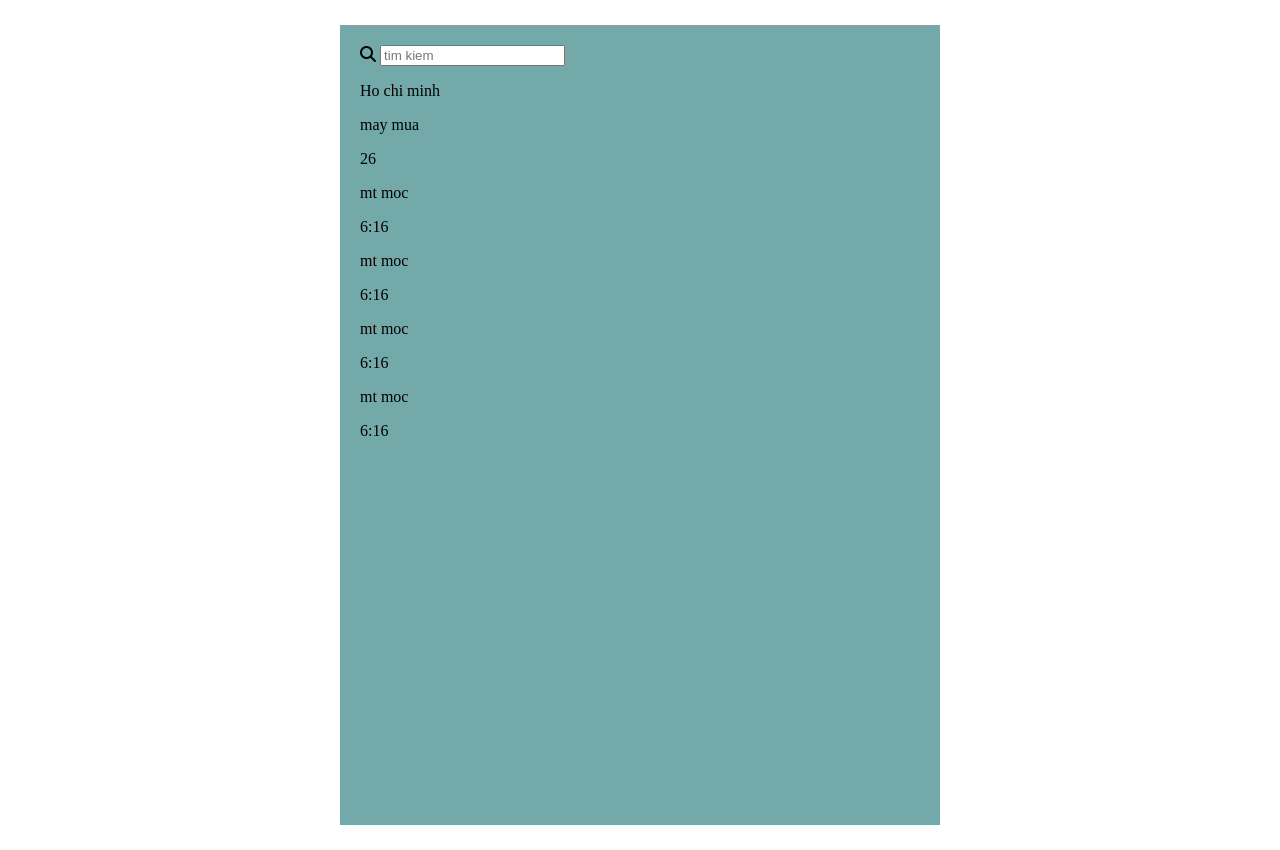
Repository: tienbkvn0605/weatherApp
Page: index.html
An editor plug-in stored every save of this project. The page is shown before and after the next save, followed by the edit.
The browser window is 1280 px wide. The pictures show the whole page.

Above is the page before, as saved 2022-10-05 16:44:20.

### index.html
<!DOCTYPE html>
<html lang="en">
  <head>
    <meta charset="UTF-8" />
    <meta http-equiv="X-UA-Compatible" content="IE=edge" />
    <meta name="viewport" content="width=device-width, initial-scale=1.0" />
    <link
      rel="stylesheet"
      href="https://cdnjs.cloudflare.com/ajax/libs/font-awesome/6.2.0/css/all.min.css"
      integrity="sha512-xh6O/CkQoPOWDdYTDqeRdPCVd1SpvCA9XXcUnZS2FmJNp1coAFzvtCN9BmamE+4aHK8yyUHUSCcJHgXloTyT2A=="
      crossorigin="anonymous"
      referrerpolicy="no-referrer"
    />
    <link rel="stylesheet" href="appstyle.css" />
    <title>Get Weather</title>
  </head>
  <body>
    <div class="container">
      <div class="main-section">
        <div class="search-bar">
          <i class="fa fa-search" aria-hidden="true"></i>
          <input type="text" placeholder="tim kiem" class="search-input" />
        </div>
        <p class="name-city">Ho chi minh</p>
        <p class="desc">may mua</p>
        <div class="status-icon"></div>
        <p class="template">26</p>
      </div>
      <div class="additional-section">
        <div class="colum">
          <div class="title">mt moc</div>
          <p class="time">6:16</p>
          <div class="title">mt moc</div>
          <p class="time">6:16</p>
        </div>
        <div class="colum">
          <div class="title">mt moc</div>
          <p class="time">6:16</p>
          <div class="title">mt moc</div>
          <p class="time">6:16</p>
        </div>
      </div>
    </div>
  </body>
  <script src="app.js"></script>
</html>

### appstyle.css
*,
*:before,
*:after {
  box-sizing: border-box;
  -webkit-box-sizing: border-box;
}
.container {
  width: 600px;
  height: 800px;
  background-color: rgb(116, 169, 169);
  margin: 25px auto;
  padding: 20px;
}
.search-bar {
  margin: 0 auto;
}

Loaded but not shown: app.js (no stored copy; drawn as an empty file)

After the next save:
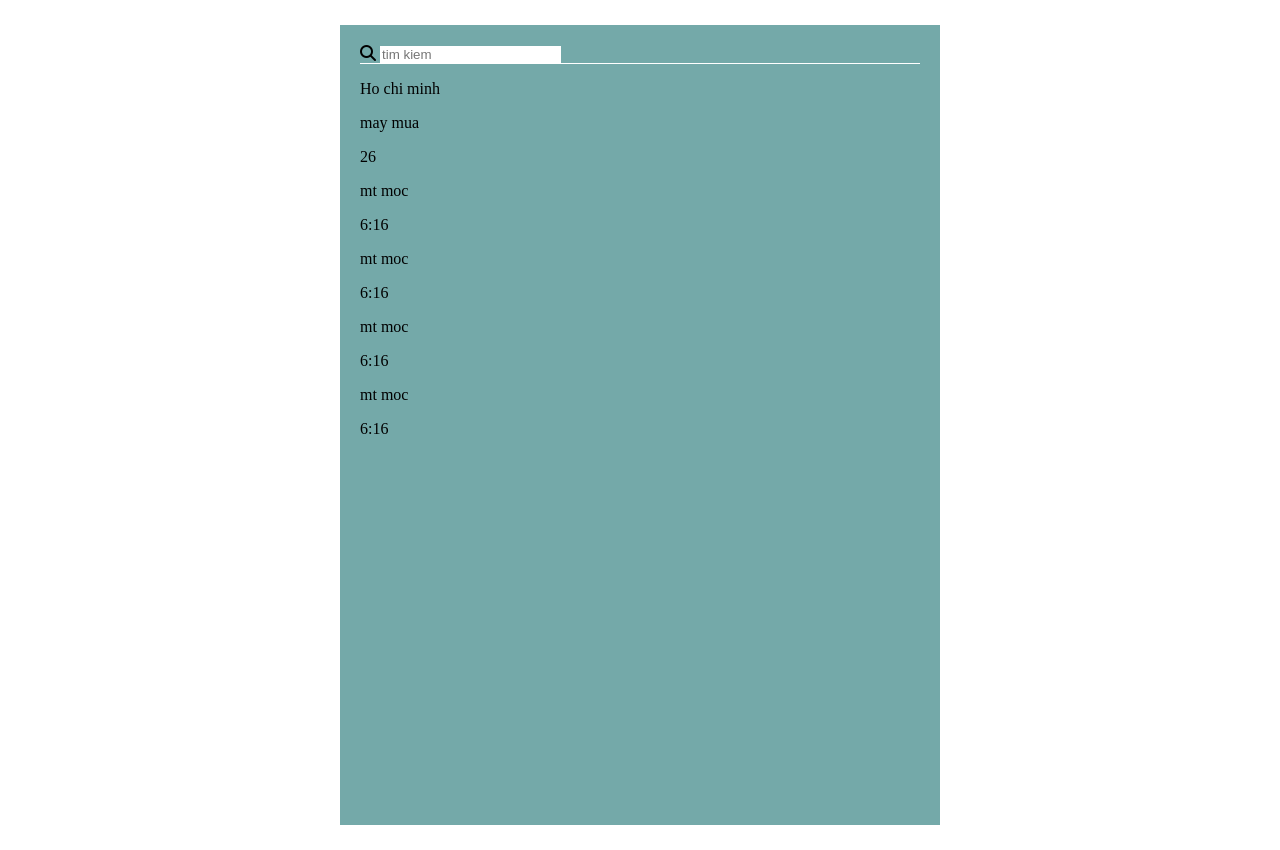
Saved 35 s later.
--- a/appstyle.css
+++ b/appstyle.css
@@ -13,4 +13,9 @@
 }
 .search-bar {
   margin: 0 auto;
+  border-bottom: 1px solid white;
 }
+.search-input {
+  border: 0;
+  outline: none;
+}
